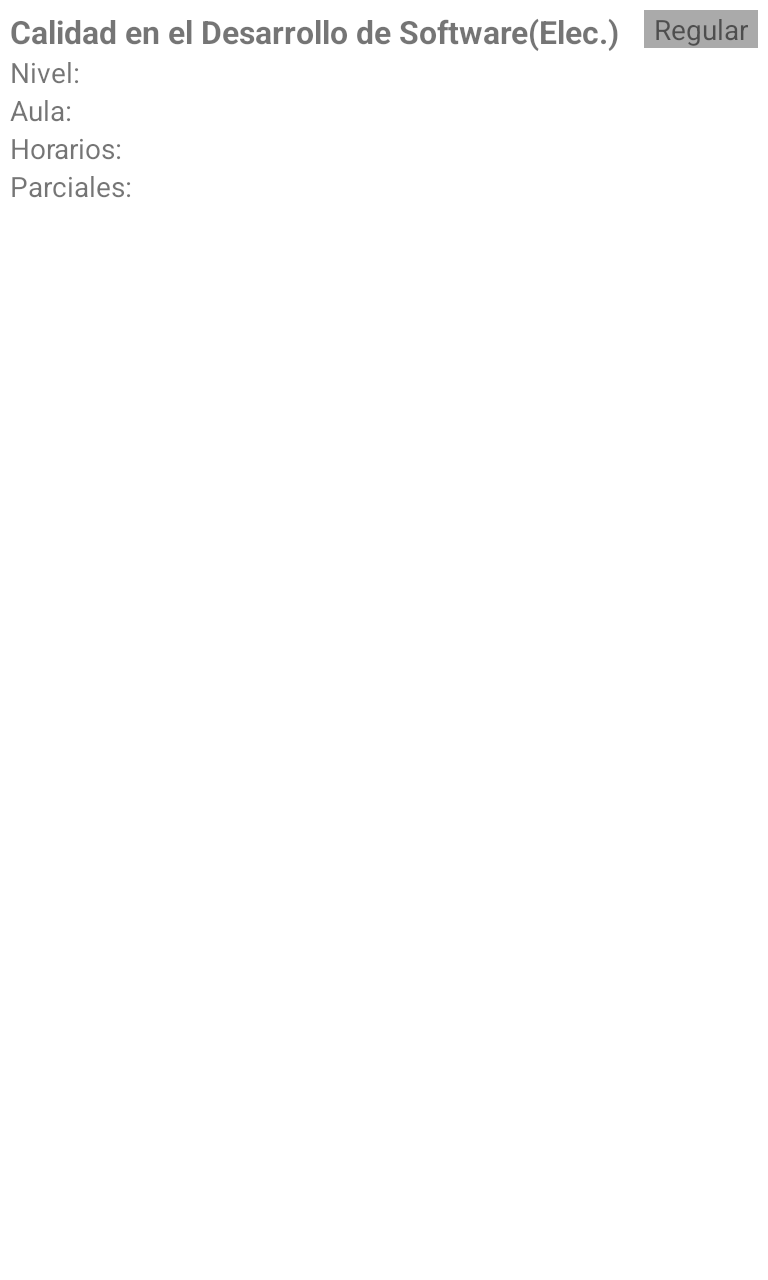
Repository: juanpablobono/Sysacadalumnos
Layout: Sysacad/res/layout/lst_cursado_item.xml
An editor plug-in stored every save of this project. The layout is shown before and after the next save, followed by the edit.
It is drawn on a 768 x 1280 px phone screen (xhdpi) without system bars, with theme temaSysacad; the app's code is not run.

Above is the layout before, as saved 2014-07-07 12:53:38.

### Sysacad/res/layout/lst_cursado_item.xml
<?xml version="1.0" encoding="utf-8"?>
<RelativeLayout xmlns:android="http://schemas.android.com/apk/res/android"
    android:layout_width="match_parent"
    android:layout_height="match_parent"
    android:background="@android:color/background_light"
    android:padding="5dp">

    <TextView
        android:id="@+id/lblNombreMateria"
        android:layout_width="wrap_content"
        android:layout_height="wrap_content"
        android:layout_alignParentLeft="true"
        android:layout_alignParentTop="true"
        android:text="Calidad en el Desarrollo de Software(Elec.)"
        android:layout_toLeftOf="@+id/lblCondicion"
        android:layout_marginRight="5dp"
        android:textSize="16sp"
        android:textStyle="bold"
        android:maxLines="1"/>

    <TextView
        android:id="@+id/lblCondicion"
        android:layout_width="wrap_content"
        android:layout_height="wrap_content"
        android:layout_alignParentRight="true"
        android:layout_alignParentTop="true"
        android:background="@android:color/darker_gray"
        android:text="Regular"
        android:paddingLeft="5dp"
        android:paddingRight="5dp"/>

    <TextView
        android:id="@+id/lblForNivel"
        android:layout_width="wrap_content"
        android:layout_height="wrap_content"
        android:layout_alignParentLeft="true"
        android:layout_below="@+id/lblNombreMateria"
        android:text="Nivel: " />

    <TextView
        android:id="@+id/lblForAula"
        android:layout_width="wrap_content"
        android:layout_height="wrap_content"
        android:layout_alignParentLeft="true"
        android:layout_below="@+id/lblForNivel"
        android:text="Aula: " />

    <TextView
        android:id="@+id/lblNivel"
        android:layout_width="wrap_content"
        android:layout_height="wrap_content"
        android:layout_alignBaseline="@+id/lblForNivel"
        android:layout_alignBottom="@+id/lblForNivel"
        android:layout_toRightOf="@+id/lblForNivel"
        android:text="" />

    <TextView
        android:id="@+id/lblAula"
        android:layout_width="wrap_content"
        android:layout_height="wrap_content"
        android:layout_alignBaseline="@+id/lblForAula"
        android:layout_alignBottom="@+id/lblForAula"
        android:layout_alignLeft="@+id/lblNivel"
        android:text="" />

    <TextView
        android:id="@+id/lblForHorarios"
        android:layout_width="wrap_content"
        android:layout_height="wrap_content"
        android:layout_alignParentLeft="true"
        android:layout_below="@+id/lblForAula"
        android:text="Horarios: " />

    <TextView
        android:id="@+id/lblForParciales"
        android:layout_width="wrap_content"
        android:layout_height="wrap_content"
        android:layout_alignParentLeft="true"
        android:layout_below="@+id/lblForHorarios"
        android:text="Parciales: " />

    <TextView
        android:id="@+id/lblHorarios"
        android:layout_width="wrap_content"
        android:layout_height="wrap_content"
        android:layout_alignBaseline="@+id/lblForHorarios"
        android:layout_alignBottom="@+id/lblForHorarios"
        android:layout_toRightOf="@+id/lblForHorarios"
        android:text="" />

    <TextView
        android:id="@+id/lblParciales"
        android:layout_width="wrap_content"
        android:layout_height="wrap_content"
        android:layout_alignBaseline="@+id/lblForParciales"
        android:layout_alignBottom="@+id/lblForParciales"
        android:layout_alignLeft="@+id/lblHorarios"
        android:text="" />

</RelativeLayout>

### Sysacad/res/values/styles.xml
<resources xmlns:android="http://schemas.android.com/apk/res/android">

    <!--
        Base application theme, dependent on API level. This theme is replaced
        by AppBaseTheme from res/values-vXX/styles.xml on newer devices.

         <item name="android:background">@color/background_activities</item>
    -->

    <!-- the theme applied to the application or activity -->

    <style name="temaSysacad" parent="@style/Theme.AppCompat.Light.DarkActionBar">

    </style>

</resources>

After the next save:
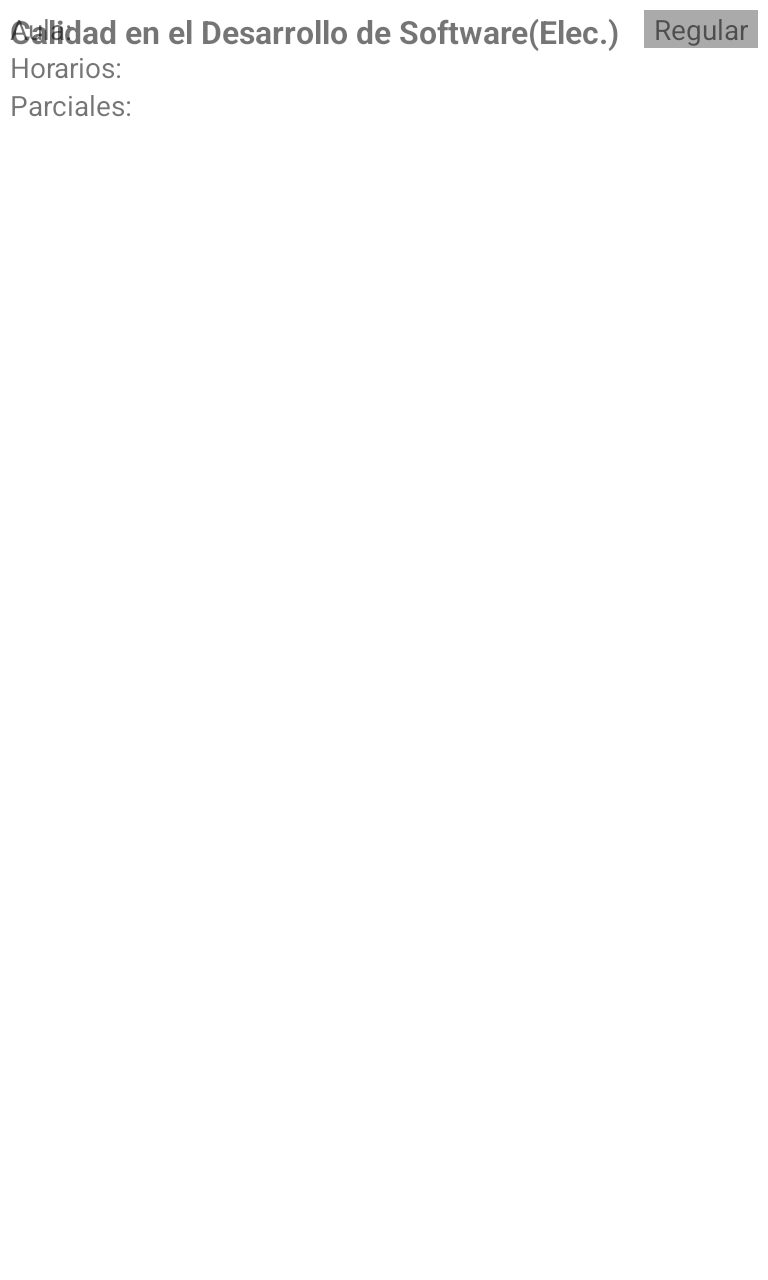
Saved 66 s later.
--- a/Sysacad/res/layout/lst_cursado_item.xml
+++ b/Sysacad/res/layout/lst_cursado_item.xml
@@ -30,12 +30,11 @@
         android:paddingRight="5dp"/>
 
     <TextView
-        android:id="@+id/lblForNivel"
+        android:id="@+id/lblNivel"
         android:layout_width="wrap_content"
         android:layout_height="wrap_content"
         android:layout_alignParentLeft="true"
-        android:layout_below="@+id/lblNombreMateria"
-        android:text="Nivel: " />
+        android:text="" />
 
     <TextView
         android:id="@+id/lblForAula"
@@ -45,14 +44,7 @@
         android:layout_below="@+id/lblForNivel"
         android:text="Aula: " />
 
-    <TextView
-        android:id="@+id/lblNivel"
-        android:layout_width="wrap_content"
-        android:layout_height="wrap_content"
-        android:layout_alignBaseline="@+id/lblForNivel"
-        android:layout_alignBottom="@+id/lblForNivel"
-        android:layout_toRightOf="@+id/lblForNivel"
-        android:text="" />
+
 
     <TextView
         android:id="@+id/lblAula"
